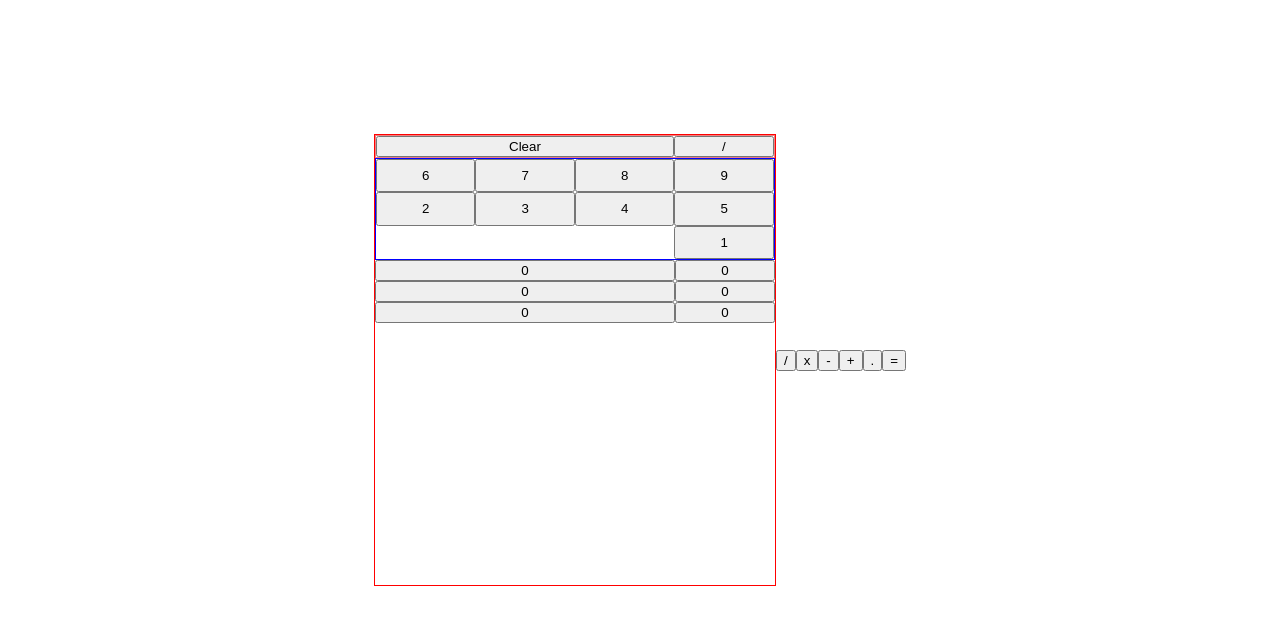
Repository: kocokoy/Calculator
Page: index.html
These files come from the project's save history. The page is drawn as it stood at one moment and after the next save; the edit follows.
The browser window is 1280 px wide. The pictures show the whole page.

Above is the page before, as saved 2024-10-22 15:06:29.

After the next save:
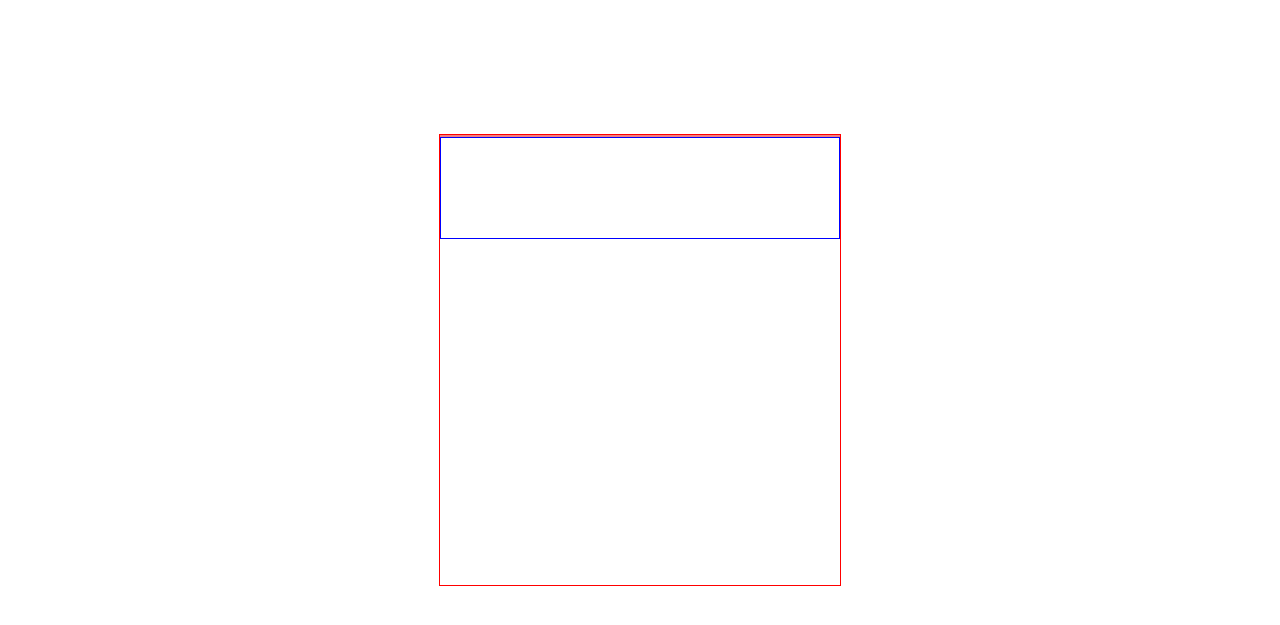
Console error: ReferenceError: operand is not defined
Saved 94 s later.
--- a/script.js
+++ b/script.js
@@ -17,7 +17,6 @@
 
 const descendedNumber = calculatorButton.sort((a,b) => b-a)
 for(const num of descendedNumber){
-  for(const operand of operatorContent){
     const button = document.createElement('button');
     const operandButton = document.createElement('button');
     if(num === 'Clear'){
@@ -27,7 +26,6 @@
       operandButton.textContent = operand;
       clearButtonContainer.appendChild(button);
       clearButtonContainer.appendChild(operandButton);
-      break;
     }else if(num === 0){
       button.classList.add('number-button');
       button.textContent = num;
@@ -37,9 +35,7 @@
       button.classList.add('zero-button');
       button.textContent = num;
       numberContainer.appendChild(button);
-      break;
     }
-  }
 }
 // descendedNumber.forEach(num => {
 // });

After the save that followed:
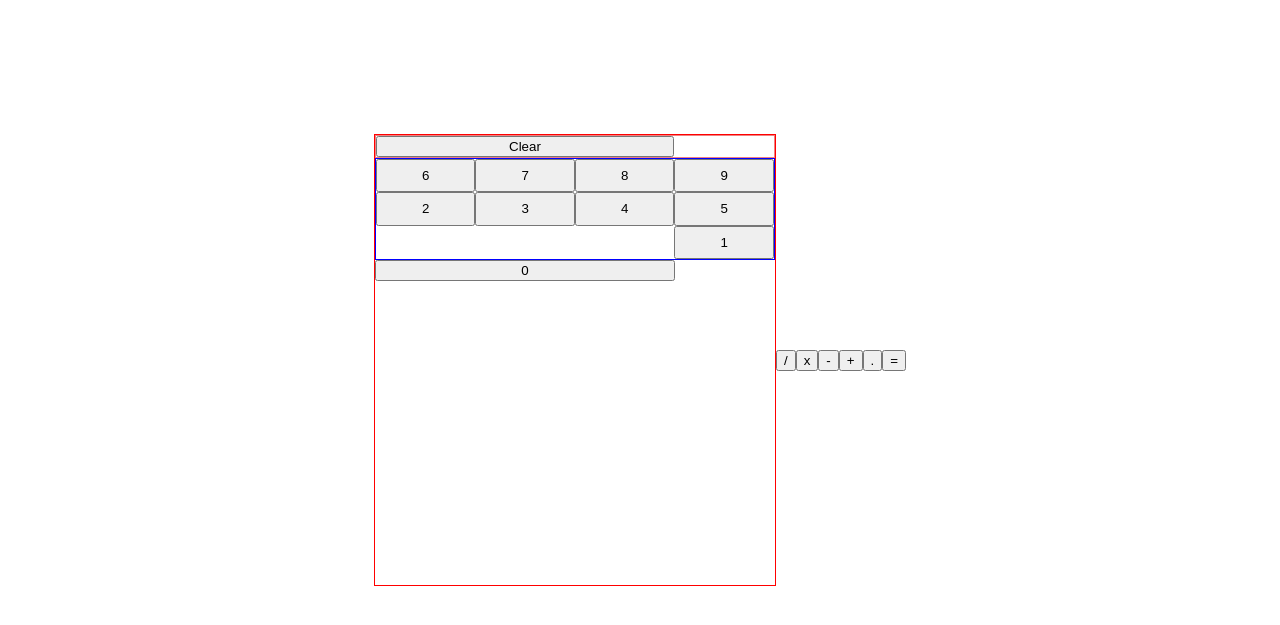
The error is gone.
Saved 15 s later.
--- a/script.js
+++ b/script.js
@@ -18,14 +18,10 @@
 const descendedNumber = calculatorButton.sort((a,b) => b-a)
 for(const num of descendedNumber){
     const button = document.createElement('button');
-    const operandButton = document.createElement('button');
     if(num === 'Clear'){
       button.classList.add('clear-button');
-      operandButton.classList.add('operand-button');
       button.textContent = num;
-      operandButton.textContent = operand;
       clearButtonContainer.appendChild(button);
-      clearButtonContainer.appendChild(operandButton);
     }else if(num === 0){
       button.classList.add('number-button');
       button.textContent = num;
